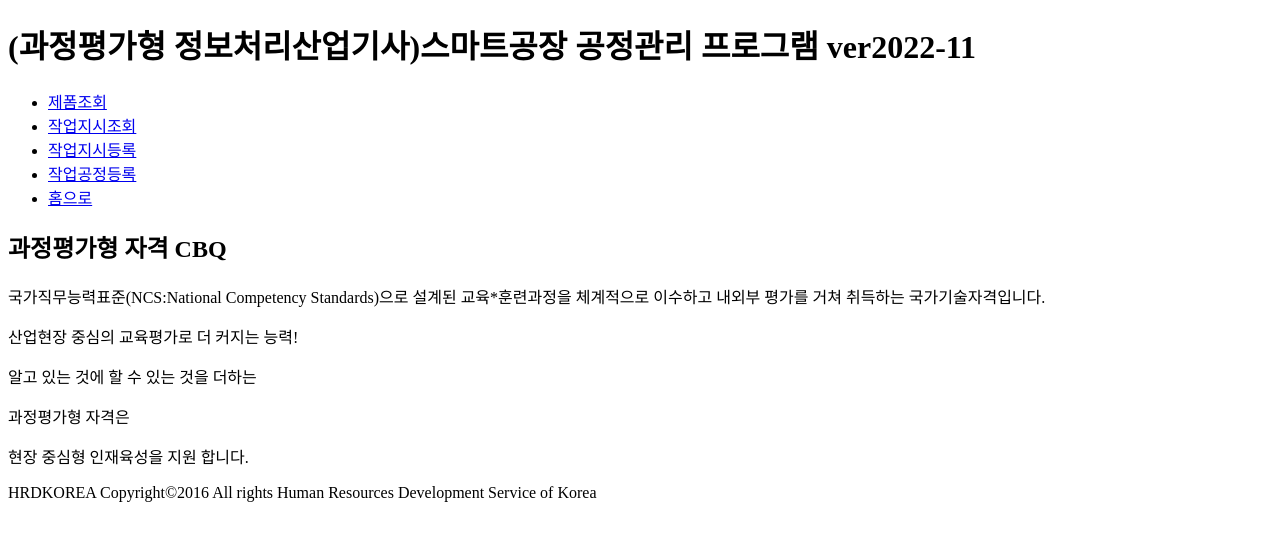
Repository: anakyn01/exam
Page: http://localhost/smart_5/sub3.jsp
These files come from the project's save history. The page is drawn as it stood at one moment and after the next save; the edit follows.
The browser window is 1280 px wide. The pictures show the whole page.
The page is served by Tomcat 9.

Above is the page before, as saved 2025-01-06 07:06:42.

After the next save:
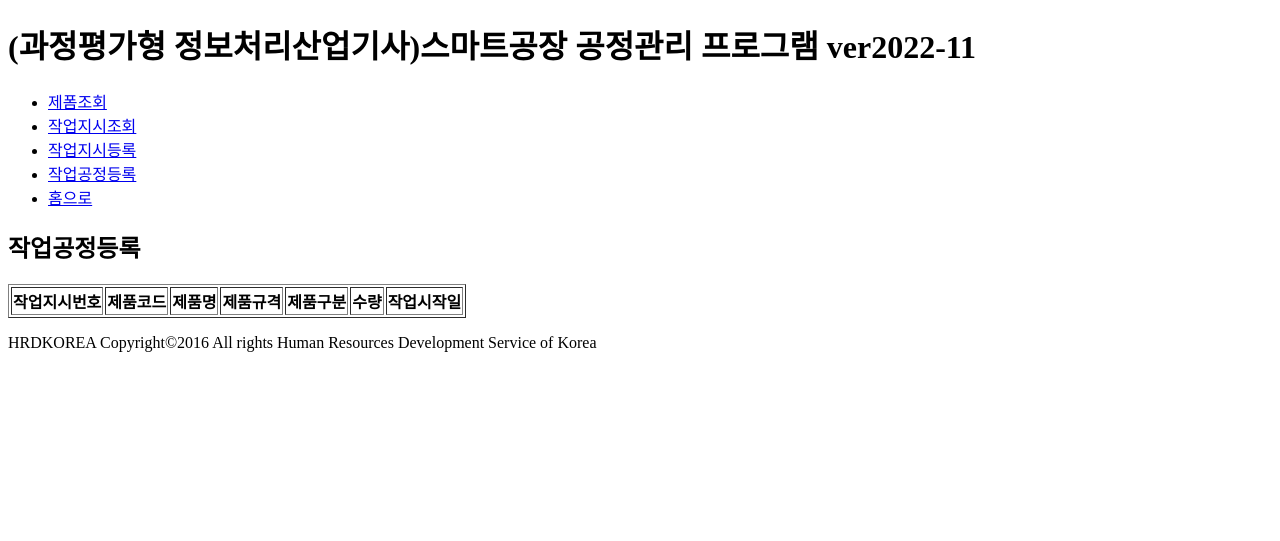
Saved 47 s later.
--- a/smart_5/src/main/webapp/sub3.jsp
+++ b/smart_5/src/main/webapp/sub3.jsp
@@ -2,6 +2,19 @@
     pageEncoding="UTF-8"%>
 <jsp:include page="include/header.jsp"/>
 
-<jsp:include page="include/body.jsp"/>
+<section>
+<h2>작업공정등록</h2>
+<table border=1>
+<tr>
+<th>작업지시번호</th>
+<th>제품코드</th>
+<th>제품명</th>
+<th>제품규격</th>
+<th>제품구분</th>
+<th>수량</th>
+<th>작업시작일</th>
+</tr>
+</table>
+</section>
 
 <jsp:include page="include/footer.jsp"/>
